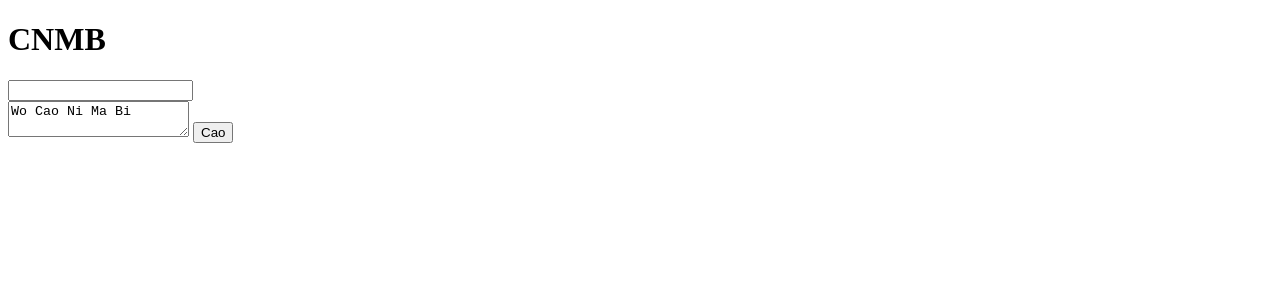
Repository: FWBMKII/csc207
Page: cnmb/cnmb.html
The author's editor kept a copy of each file at every save. The page is drawn from the files as they stood at one save, then again after the next save.
The browser window is 1280 px wide. The pictures show the whole page.

Above is the page before, as saved 2015-04-27 19:31:57.

### cnmb/cnmb.html
<!DOCTYPE html PUBLIC "-//W3C//DTD HTML 4.01 Transitional//EN" "http://www.w3.org/TR/html4/loose.dtd">
<html>
<head>
<meta http-equiv="Content-Type" content="text/html; charset=UTF-8">
<title>（╯‵□′）╯︵┴─┴</title>
</head>
<body>
	<form action="cnmb.php" method="get">
		<h1>CNMB</h1>
		<input type="text" name="name"/><br/>
		<textarea name="wcnmb">Wo Cao Ni Ma Bi</textarea>
		<input type="submit" value="Cao"/>
	</form>
</body>
</html>

After the next save:
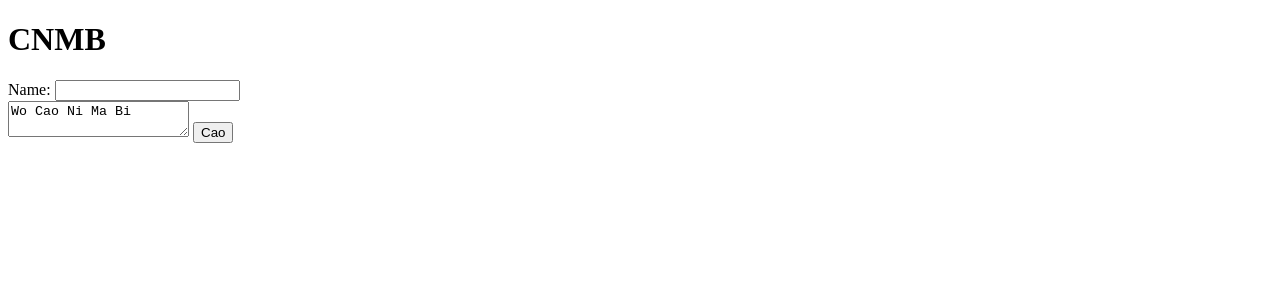
Saved 17 s later.
--- a/cnmb/cnmb.html
+++ b/cnmb/cnmb.html
@@ -7,7 +7,7 @@
 <body>
 	<form action="cnmb.php" method="get">
 		<h1>CNMB</h1>
-		<input type="text" name="name"/><br/>
+		Name: <input type="text" name="name"/><br/>
 		<textarea name="wcnmb">Wo Cao Ni Ma Bi</textarea>
 		<input type="submit" value="Cao"/>
 	</form>
